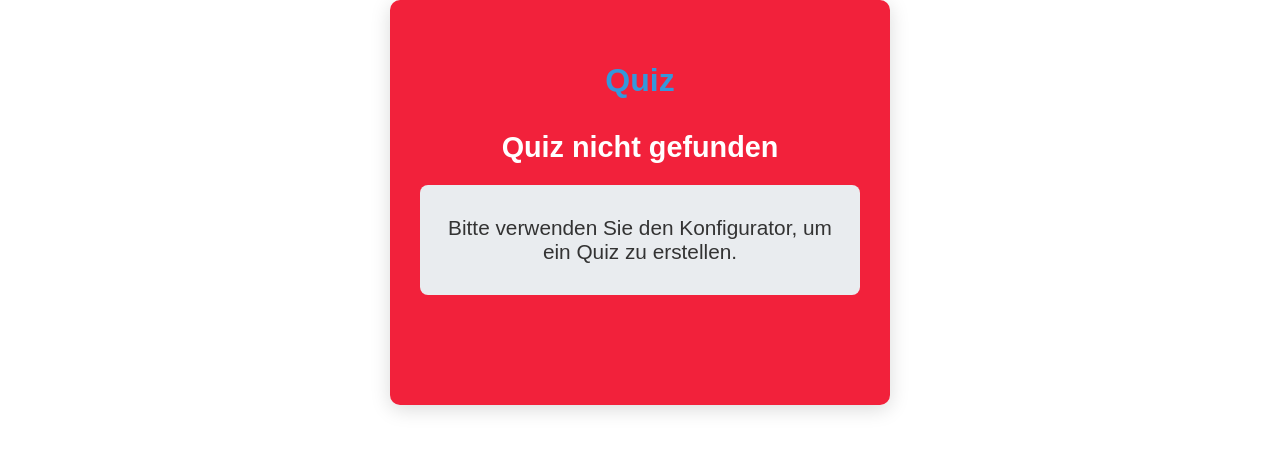
Repository: SandroGansner/LMS-Quiz-Builder
Page: quiz-widget.html
The author's editor kept a copy of each file at every save. The page is drawn from the files as they stood at one save, then again after the next save.
The browser window is 1280 px wide. The pictures show the whole page.

Above is the page before, as saved 2025-06-04 11:06:31.

### quiz-widget.html
<!DOCTYPE html>
<html lang="de">
<head>
    <meta charset="UTF-8">
    <meta name="viewport" content="width=device-width, initial-scale=1.0">
    <title>Interaktives Quiz</title>
    <style>
body {
    font-family: Arial, sans-serif;
    display: block; /* Changed from flex to block */
    justify-content: center;
    align-items: center;
    margin: 0;
    background-color: transparent !important; /* Changed to transparent */
    color: #333;
    transition: background-color 0.3s ease;
}
.quiz-container {
    background-color: #f2213b;
    padding: 30px;
    border-radius: 10px;
    box-shadow: 0 4px 20px rgba(0, 0, 0, 0.15);
    width: 100%;
    max-width: 500px;
    text-align: center;
    box-sizing: border-box;
    opacity: 0;
    transform: translateY(20px);
    animation: fadeIn 0.5s forwards;
    margin: 0 auto; /* Added to center the quiz container */
}
@keyframes fadeIn {
    to {
        opacity: 1;
        transform: translateY(0);
    }
}
.quiz-header {
    margin-bottom: 20px;
    text-align: center; /* Added to center the header content */
}
.quiz-logo {
    max-width: 150px;
    height: auto;
    display: block; /* Added to center the logo */
    margin: 0 auto 15px; /* Added to center the logo and add margin */
}
.quiz-title {
    color: #fff; /* Changed to white */
    font-size: 1.8em;
    margin-top: 0;
    margin-bottom: 20px;
}
.question-text {
    font-size: 1.3em;
    margin-bottom: 25px;
    color: #333;
    min-height: 80px; /* Ensure space even for short questions */
    display: flex;
    align-items: center;
    justify-content: center;
    text-align: center;
    background-color: #e9ecef; /* Light background for question box */
    padding: 15px;
    border-radius: 8px;
}
.options-list {
    list-style: none;
    padding: 0;
    margin: 0;
}
.option-item {
    background-color: #f8f9fa;
    border: 1px solid #ddd;
    border-radius: 8px;
    margin-bottom: 12px;
    padding: 12px 15px;
    cursor: pointer;
    transition: background-color 0.3s ease, border-color 0.3s ease, transform 0.2s ease;
    display: flex;
    align-items: center;
    text-align: left;
}
.option-item:hover {
    background-color: #e2e6ea;
    border-color: #b3d7ff;
    transform: translateY(-2px);
}
.option-item.selected {
    background-color: var(--accent-color, #d1ecf1); /* Example: light blue for selected */
    border-color: var(--accent-color, #bee5eb);
}
.option-item.correct {
    background-color: #d4edda; /* Light green */
    border-color: #28a745;
    color: #155724;
    font-weight: bold;
}
.option-item.incorrect {
    background-color: #f8d7da; /* Light red */
    border-color: #dc3545;
    color: #721c24;
    font-weight: bold;
}
.option-letter {
    font-weight: bold;
    margin-right: 15px;
    color: var(--option-letter-color, #007bff); /* Default blue */
    min-width: 20px; /* Ensure alignment */
    text-align: right;
}
.buttons-container {
    margin-top: 25px;
    display: flex;
    justify-content: center; /* Added to center buttons */
}
button {
    background-color: var(--primary-color, #007bff); /* Default blue */
    color: #fff;
    padding: 12px 25px;
    border: none;
    border-radius: 5px;
    cursor: pointer;
    font-size: 1.1em;
    transition: background-color 0.3s ease, transform 0.2s ease;
    margin: 5px;
}
button:hover {
    background-color: var(--button-hover-color, #0056b3); /* Darker blue on hover */
    transform: translateY(-1px);
}
button:disabled {
    background-color: #cccccc;
    cursor: not-allowed;
}
.feedback-area {
    margin-top: 20px;
    padding: 15px;
    border-radius: 8px;
    text-align: left;
    opacity: 0; /* Hidden by default */
    max-height: 0; /* Hidden by default */
    overflow: hidden;
    transition: opacity 0.5s ease, max-height 0.5s ease;
}
.feedback-area.show {
    opacity: 1;
    max-height: 150px; /* Adjust as needed */
}
.feedback-area.correct-feedback {
    background-color: #d4edda;
    border: 1px solid #28a745;
    color: #155724;
}
.feedback-area.incorrect-feedback {
    background-color: #f8d7da;
    border: 1px solid #dc3545;
    color: #721c24;
}
.feedback-text {
    font-size: 1.1em;
    margin-bottom: 10px;
}
.more-info-link {
    display: inline-block;
    margin-top: 10px;
    color: var(--accent-color, #007bff); /* Use accent color for link */
    text-decoration: none;
    font-weight: bold;
}
.more-info-link:hover {
    text-decoration: underline;
}
.quiz-results {
    margin-top: 30px;
    padding: 20px;
    background-color: #e6f7ff;
    border: 1px solid #99e0ff;
    border-radius: 8px;
    box-shadow: 0 2px 10px rgba(0, 0, 0, 0.08);
    text-align: center;
    opacity: 0;
    transform: translateY(20px);
    animation: fadeIn 0.5s forwards;
}
.quiz-results h2 {
    color: #0056b3;
    font-size: 1.8em;
    margin-bottom: 15px;
}
.score-text {
    font-size: 1.5em;
    font-weight: bold;
    color: #28a745;
    margin-bottom: 20px;
}
.restart-button {
    background-color: #6c757d;
}
.restart-button:hover {
    background-color: #5a6268;
}
/* Custom message box styles */
.message-box {
    position: fixed;
    top: 50%;
    left: 50%;
    transform: translate(-50%, -50%);
    background-color: #333;
    color: white;
    padding: 15px 25px;
    border-radius: 8px;
    box-shadow: 0 5px 15px rgba(0, 0, 0, 0.3);
    z-index: 1000;
    opacity: 0;
    transition: opacity 0.3s ease-in-out;
    pointer-events: none; /* Allows clicks to pass through when hidden */
}
.message-box.show {
    opacity: 1;
    pointer-events: auto;
}
    </style>
</head>
<body>

    <div class="quiz-container">
        <div class="quiz-header">
            <img id="quizLogo" src="" alt="Quiz Logo" class="quiz-logo" style="display: none;">
            <p id="textLogoFallback" style="font-size: 2em; font-weight: bold; display: none; color: var(--primary-color, #000);"></p>
            <h1 class="quiz-title" id="quizOverallTitle"></h1>
        </div>

        <div id="quiz-area">
            <p class="question-text" id="question-text"></p>
            <ul class="options-list" id="options-list">
            </ul>
            <div class="feedback-area" id="feedback-area">
                <p class="feedback-text" id="feedback-text"></p>
                <a href="#" id="more-info-link" class="more-info-link" target="_blank" style="display: none;">Mehr erfahren</a>
            </div>
            <div class="buttons-container">
                <button id="submit-button" disabled>Antwort prüfen</button>
                <button id="next-button" style="display: none;">Nächste Frage</button>
                <button id="show-results-button" style="display: none;">Ergebnisse anzeigen</button>
            </div>
        </div>

        <div id="results-area" class="quiz-results" style="display: none;">
            <h2>Quiz beendet!</h2>
            <p class="score-text">Du hast <span id="correct-answers-count">0</span> von <span id="total-questions-count">0</span> Fragen richtig beantwortet.</p>
            <button class="restart-button" id="restartQuizBtn">Neues Quiz starten</button>
        </div>
    </div>

    <!-- Custom message box -->
    <div id="messageBox" class="message-box"></div>

    <script>
        let quizData = [];
        let currentQuestionIndex = 0;
        let score = 0;
        let config = {};

        const quizContainer = document.querySelector('.quiz-container');
        const quizOverallTitle = document.getElementById('quizOverallTitle');
        const quizLogo = document.getElementById('quizLogo');
        const textLogoFallback = document.getElementById('textLogoFallback');
        const questionText = document.getElementById('question-text');
        const optionsList = document.getElementById('options-list');
        const submitButton = document.getElementById('submit-button');
        const nextButton = document.getElementById('next-button');
        const showResultsButton = document.getElementById('show-results-button');
        const feedbackArea = document.getElementById('feedback-area');
        const feedbackText = document.getElementById('feedback-text');
        const moreInfoLink = document.getElementById('more-info-link');
        const resultsArea = document.getElementById('results-area');
        const correctAnswersCount = document.getElementById('correct-answers-count');
        const totalQuestionsCount = document.getElementById('total-questions-count');
        const quizArea = document.getElementById('quiz-area');
        const restartQuizBtn = document.getElementById('restartQuizBtn');
        const messageBox = document.getElementById('messageBox'); // Custom message box

        /**
         * Displays a temporary message to the user.
         * @param {string} message - The message to display.
         * @param {number} duration - The duration in milliseconds for which the message should be visible.
         */
        function showMessage(message, duration = 2000) {
            messageBox.textContent = message;
            messageBox.classList.add('show');
            setTimeout(() => {
                messageBox.classList.remove('show');
            }, duration);
        }

        /**
         * Parses the quiz configuration from the URL.
         * @returns {object} The parsed configuration object.
         */
        function getConfigFromUrl() {
            const urlParams = new URLSearchParams(window.location.search);
            const encodedConfig = urlParams.get('config');
            if (encodedConfig) {
                try {
                    const decoded = atob(encodedConfig); // Decode Base64
                    return JSON.parse(decoded);
                } catch (e) {
                    console.error("Fehler beim Dekodieren oder Parsen der Quiz-Konfiguration:", e);
                    showMessage("Fehler beim Laden des Quiz. Konfiguration ist ungültig.");
                    return null;
                }
            }
            return null;
        }

        /**
         * Applies the loaded configuration to the quiz display and styling.
         */
        function applyConfig() {
            if (!config) {
                console.warn("Keine Konfiguration geladen. Verwende Standardwerte.");
                // Fallback to some defaults if config is empty
                document.documentElement.style.setProperty('--primary-color', '#3498db');
                document.documentElement.style.setProperty('--accent-color', '#2980b9');
                document.documentElement.style.setProperty('--option-letter-color', '#3498db');
                document.documentElement.style.setProperty('--button-hover-color', '#2980b9');
                quizOverallTitle.textContent = "Standard Quiz";
                quizLogo.style.display = 'none';
                textLogoFallback.style.display = 'block';
                textLogoFallback.textContent = "Quiz";
                quizData = []; // Ensure quizData is empty if no config
                return;
            }

            quizData = config.quizData || [];
            quizOverallTitle.textContent = config.quizTitle || "Unbenanntes Quiz";

            if (config.logoImgSrc) {
                quizLogo.onload = () => {
                    quizLogo.style.display = 'block';
                    textLogoFallback.style.display = 'none';
                };
                quizLogo.onerror = () => {
                    console.error("Fehler beim Laden des Logos:", config.logoImgSrc);
                    quizLogo.style.display = 'none';
                    textLogoFallback.style.display = 'block';
                    textLogoFallback.textContent = config.textLogoFallbackContent || "Quiz";
                };
                quizLogo.src = config.logoImgSrc;
                quizLogo.style.display = 'none'; // Initially hide, show on load
            } else if (config.textLogoFallbackContent) {
                textLogoFallback.textContent = config.textLogoFallbackContent;
                textLogoFallback.style.display = 'block';
                quizLogo.style.display = 'none';
            } else {
                quizLogo.style.display = 'none';
                textLogoFallback.style.display = 'none';
            }

            // Apply custom colors if provided
            document.documentElement.style.setProperty('--primary-color', config.primaryColor || '#FF0000');
            document.documentElement.style.setProperty('--accent-color', config.accentColor || '#B30000');
            document.documentElement.style.setProperty('--option-letter-color', config.optionLetterColor || '#FF0000');
            document.documentElement.style.setProperty('--button-hover-color', config.buttonHoverColor || '#FF0000');

            // Set background color of the body to the primary color
            document.body.style.backgroundColor = config.primaryColor || '#FF0000';
            // Set button background color to primary color (this will be overridden by hover)
            document.querySelectorAll('button').forEach(btn => {
                btn.style.backgroundColor = config.primaryColor || '#FF0000';
            });
            // Set quiz-container border-color to primary color (or accent if preferred)
            // Note: The quiz-container doesn't have a border in the CSS, so this won't have a visual effect unless border is added.
            // quizContainer.style.borderColor = config.accentColor || '#B30000';
        }


        /**
         * Displays the current question and its options.
         */
        function displayQuestion() {
            feedbackArea.classList.remove('show', 'correct-feedback', 'incorrect-feedback');
            feedbackText.textContent = '';
            moreInfoLink.style.display = 'none';
            moreInfoLink.href = '#';

            submitButton.style.display = 'block';
            submitButton.disabled = true;
            nextButton.style.display = 'none';
            showResultsButton.style.display = 'none';

            optionsList.innerHTML = ''; // Clear previous options

            if (currentQuestionIndex < quizData.length) {
                const question = quizData[currentQuestionIndex];
                questionText.textContent = question.question;

                const optionLetters = ['A', 'B', 'C', 'D', 'E', 'F']; // Max 6 options for now

                question.options.forEach((option, index) => {
                    const listItem = document.createElement('li');
                    listItem.className = 'option-item';
                    listItem.dataset.index = index;
                    listItem.innerHTML = `<span class="option-letter">${optionLetters[index]}.</span> ${option}`;
                    listItem.addEventListener('click', () => selectOption(listItem, index));
                    optionsList.appendChild(listItem);
                });
            } else {
                showResults();
            }
        }

        /**
         * Handles the selection of an option.
         * @param {HTMLElement} selectedOptionElement - The clicked option list item.
         * @param {number} selectedIndex - The index of the selected option.
         */
        function selectOption(selectedOptionElement, selectedIndex) {
            optionsList.querySelectorAll('.option-item').forEach(item => {
                item.classList.remove('selected');
            });
            selectedOptionElement.classList.add('selected');
            submitButton.disabled = false;
        }

        /**
         * Checks the selected answer against the correct answer.
         */
        function checkAnswer() {
            const selectedOption = optionsList.querySelector('.option-item.selected');
            if (!selectedOption) {
                showMessage('Bitte wähle eine Antwort aus!');
                return;
            }

            const selectedAnswerIndex = parseInt(selectedOption.dataset.index);
            const currentQuestion = quizData[currentQuestionIndex];

            // Disable all options and submit button after answering
            optionsList.querySelectorAll('.option-item').forEach(item => {
                item.style.pointerEvents = 'none';
                item.style.cursor = 'default';
            });
            submitButton.disabled = true;
            submitButton.style.display = 'none';

            // Show feedback
            feedbackArea.classList.add('show');

            if (selectedAnswerIndex === currentQuestion.answer) {
                score++;
                feedbackArea.classList.add('correct-feedback');
                feedbackText.textContent = currentQuestion.correctFeedback;
                selectedOption.classList.add('correct');
            } else {
                feedbackArea.classList.add('incorrect-feedback');
                feedbackText.textContent = currentQuestion.incorrectFeedback;
                selectedOption.classList.add('incorrect');
                // Highlight the correct answer
                const correctAnswerElement = optionsList.querySelector(`[data-index="${currentQuestion.answer}"]`);
                if (correctAnswerElement) {
                    correctAnswerElement.classList.add('correct');
                }
            }

            if (currentQuestion.moreInfo) {
                moreInfoLink.href = currentQuestion.moreInfo;
                moreInfoLink.style.display = 'inline-block';
            }

            // Show next or results button
            if (currentQuestionIndex < quizData.length - 1) {
                nextButton.style.display = 'block';
            } else {
                showResultsButton.style.display = 'block';
            }
        }

        /**
         * Moves to the next question or shows results if all questions are answered.
         */
        function nextQuestion() {
            currentQuestionIndex++;
            displayQuestion();
        }

        /**
         * Displays the final quiz results.
         */
        function showResults() {
            quizArea.style.display = 'none';
            resultsArea.style.display = 'block';
            correctAnswersCount.textContent = score;
            totalQuestionsCount.textContent = quizData.length;
        }

        /**
         * Restarts the quiz from the beginning.
         */
        function startQuiz() {
            currentQuestionIndex = 0;
            score = 0;
            quizArea.style.display = 'block';
            resultsArea.style.display = 'none';
            displayQuestion();
        }

        // --- Event Listener Setup ---
        document.addEventListener('DOMContentLoaded', () => {
            submitButton.addEventListener('click', checkAnswer);
            nextButton.addEventListener('click', nextQuestion);
            showResultsButton.addEventListener('click', showResults);
            restartQuizBtn.addEventListener('click', startQuiz); // Listener for the restart button

            config = getConfigFromUrl();
            applyConfig();

            if (config && config.quizData && config.quizData.length > 0) {
                startQuiz();
            } else {
                quizOverallTitle.textContent = "Quiz nicht gefunden";
                questionText.textContent = "Bitte verwenden Sie den Konfigurator, um ein Quiz zu erstellen.";
                quizArea.style.display = 'block';
                submitButton.style.display = 'none';
                nextButton.style.display = 'none';
                showResultsButton.style.display = 'none';
                optionsList.innerHTML = ''; // Clear options if no quiz data
            }
        });

        // Function to send the height of the quiz to the parent window
        function sendQuizHeight() {
            window.parent.postMessage({
                type: 'quizHeight',
                height: document.body.scrollHeight
            }, '*'); // Replace '*' with your editor's origin for security
        }

        // Call sendQuizHeight after the quiz is loaded and whenever the content changes
        window.addEventListener('load', sendQuizHeight);
        // You might need to call sendQuizHeight after certain actions that change the height of the quiz, like displaying feedback or results.

    </script>

</body>
</html>

After the next save:
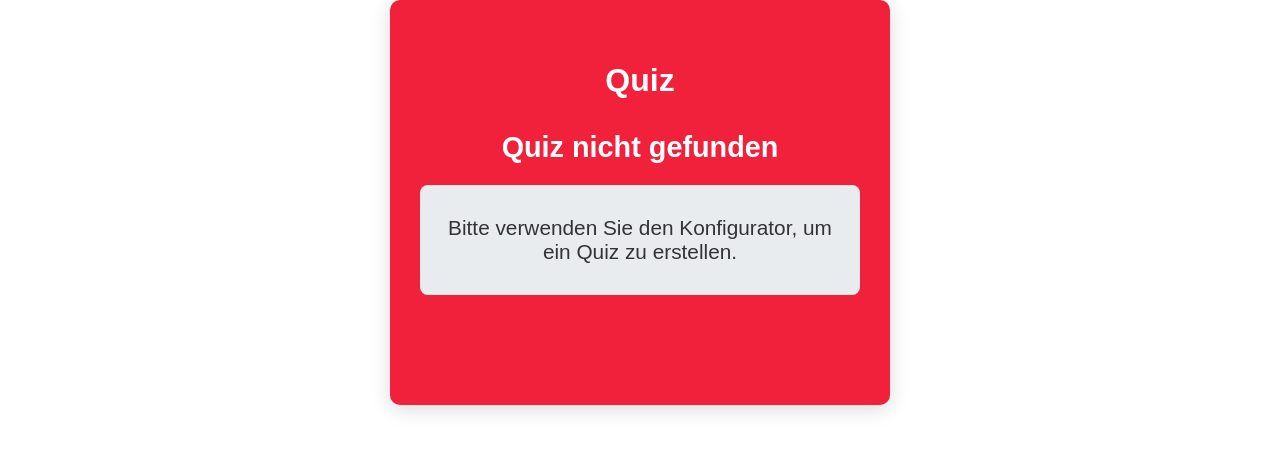
Saved 16 s later.
--- a/quiz-widget.html
+++ b/quiz-widget.html
@@ -227,7 +227,7 @@ button:disabled {
     <div class="quiz-container">
         <div class="quiz-header">
             <img id="quizLogo" src="" alt="Quiz Logo" class="quiz-logo" style="display: none;">
-            <p id="textLogoFallback" style="font-size: 2em; font-weight: bold; display: none; color: var(--primary-color, #000);"></p>
+            <p id="textLogoFallback" style="font-size: 2em; font-weight: bold; display: none; color: #fff;"></p>
             <h1 class="quiz-title" id="quizOverallTitle"></h1>
         </div>
 
